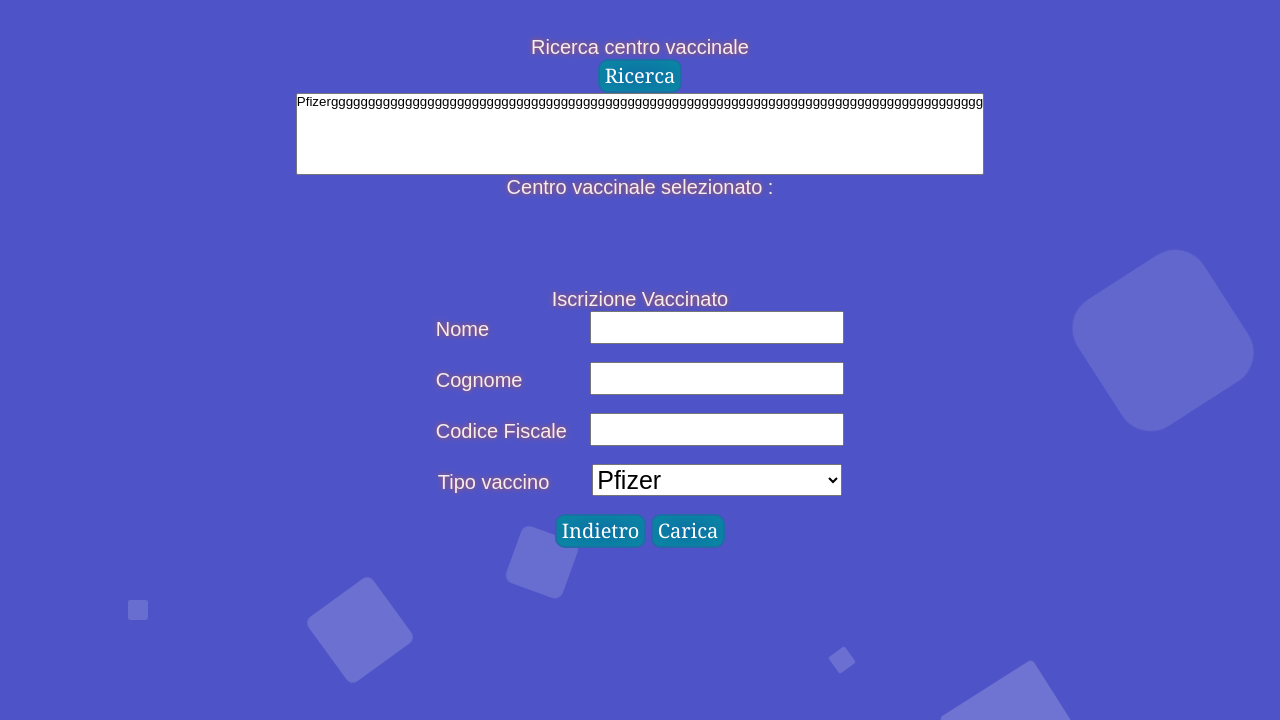
Repository: Jok98/CentriVaccinaliWebApp
Page: http://localhost/CentriVaccinaliOperatori/iscrizionevaccinato.jsp
An editor plug-in stored every save of this project. The page is shown before and after the next save, followed by the edit.
The browser window is 1280 px wide. The pictures show the whole page.
Some web fonts or font styles are not loaded; a fallback is used. The page is served by Tomcat 9.

Above is the page before, as saved 2022-09-24 18:03:11.

After the next save:
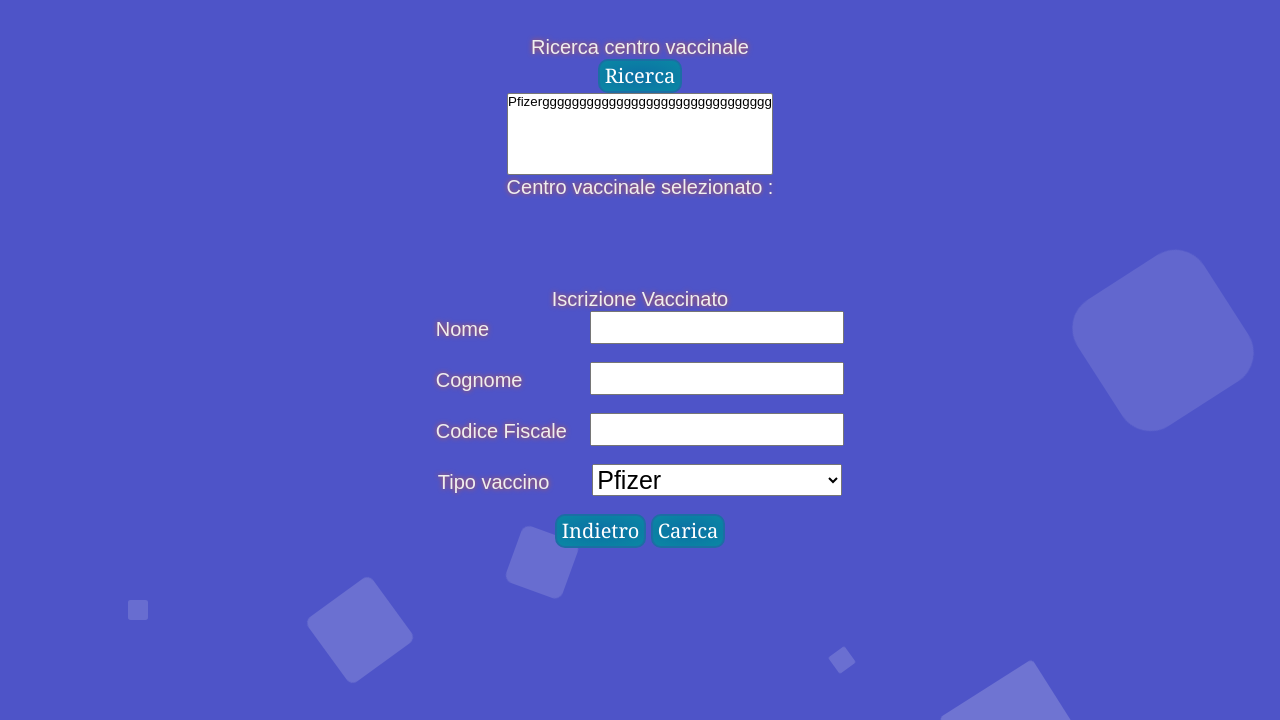
Saved 13 s later.
--- a/CentriVaccinaliOperatori/src/main/webapp/iscrizionevaccinato.jsp
+++ b/CentriVaccinaliOperatori/src/main/webapp/iscrizionevaccinato.jsp
@@ -30,7 +30,7 @@
 		<button class="button" type="submit">Ricerca</button>
 		<br>
 		<select calss="list" name="centriVaccinali" size="5">
-		<option value="Hub">Pfizergggggggggggggggggggggggggggggggggggggggggggggggggggggggggggggggggggggggggggggggggggggggg</option>
+		<option value="Hub">Pfizerggggggggggggggggggggggggggggggg</option>
 		</select>
 		<br>
 		<a class="text">Centro vaccinale selezionato :</a>
